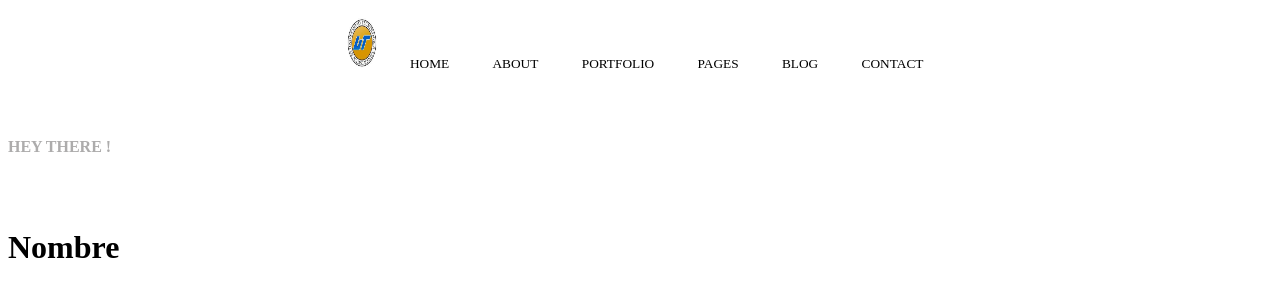
Repository: Armandoyerek11/proyectou1
Page: index.html
The author's editor kept a copy of each file at every save. The page is drawn from the files as they stood at one save, then again after the next save.
The browser window is 1280 px wide. The pictures show the whole page.

Above is the page before, as saved 2022-05-30 13:32:12.

After the next save:
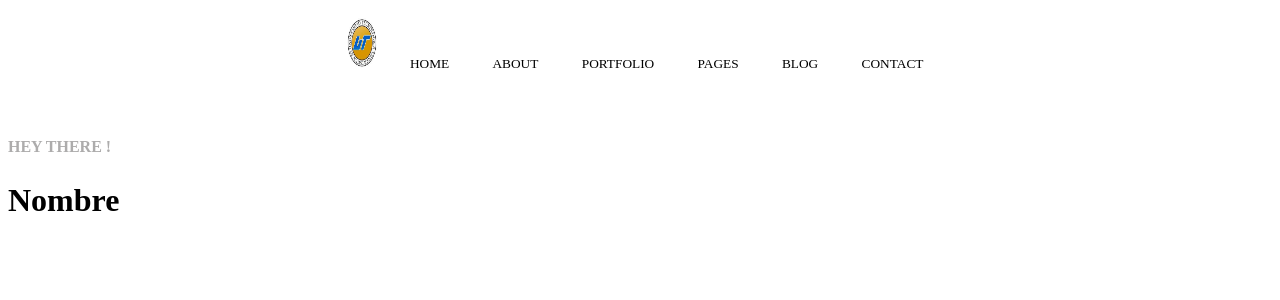
Saved 11 s later.
--- a/index.html
+++ b/index.html
@@ -23,8 +23,7 @@
     <br>
     </br>
     <h1> HEY THERE !</h1>
-    <br>
-    </br>
+
     <h2>Nombre</h2>
 </body>
 
